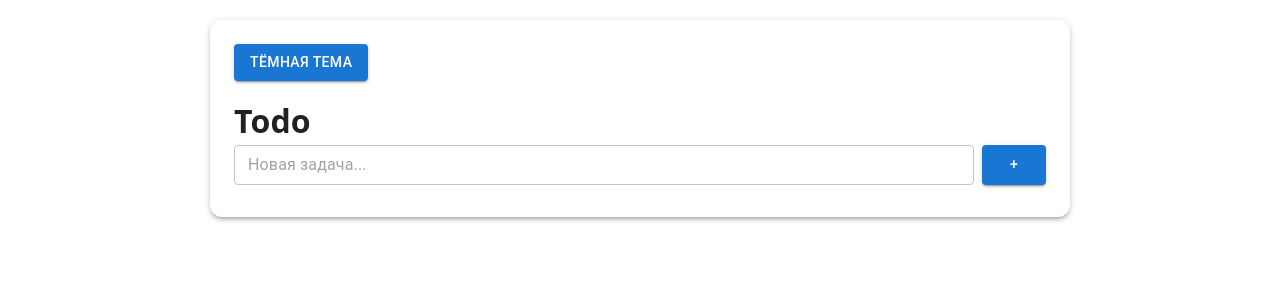
Repository: Burnmyheart/todo-app
Page: /
The author's editor kept a copy of each file at every save. The page is drawn from the files as they stood at one save, then again after the next save.
The browser window is 1280 px wide. The pictures show the whole page.
The project was rebuilt for these pictures with package versions that can differ from the ones it lists, and the page was loaded fresh each time. Also part of the build but not shown: vite.config.ts, src/components/EditTodo/EditTodo.tsx, src/components/TodoItem/TodoItem.tsx, src/components/TodoList/TodoList.tsx.

Above is the page before, as saved 2025-09-25 20:40:47.

### src/index.css
/* Сброс браузерных стилей */
* {
  margin: 0;
  padding: 0;
  box-sizing: border-box;
}

html, body, #root {
  width: 100%;
  height: 100%;
  font-family: system-ui, -apple-system, BlinkMacSystemFont, "Segoe UI", Roboto, Helvetica, Arial, sans-serif;
  background-color: #fff;
  color: #000;
}


a {
  color: inherit;
  text-decoration: none;
}


button {
  font-family: inherit;
  font-size: 1rem;
  cursor: pointer;
  border: none;
  background: none;
}


h1, h2, h3, h4, h5, h6 {
  font-weight: 600;
}

### src/App.tsx
import React, { useState, useEffect } from "react";
import AddTodo from "./components/AddTodo/AddTodo";
import TodoList from "./components/TodoList/TodoList";
import { saveGroups, loadGroups } from "./utils/localStorage";
import type { TodoGroup } from "./types";

import { ThemeProvider, CssBaseline, Button, Paper } from "@mui/material";
import { createTheme } from "@mui/material/styles";

const App: React.FC = () => {
  const [groups, setGroups] = useState<TodoGroup[]>([]);
  const [darkMode, setDarkMode] = useState(false);

  useEffect(() => {
    setGroups(loadGroups());
  }, []);

  useEffect(() => {
    saveGroups(groups);
  }, [groups]);

  // Тема только для блока
  const theme = createTheme({
    palette: {
      mode: darkMode ? "dark" : "light",
    },
  });

  const addGroup = (title: string) => {
    const newGroup: TodoGroup = {
      id: Date.now(),
      title,
      tasks: [],
      createdAt: new Date(),
    };
    setGroups((prev) => [...prev, newGroup]);
  };

  const updateGroup = (updated: TodoGroup) => {
    setGroups((prev) =>
      prev.map((group) => (group.id === updated.id ? updated : group))
    );
  };

  return (
    <div style={{ padding: "20px", maxWidth: "900px", margin: "0 auto" }}>
      <ThemeProvider theme={theme}>
        <CssBaseline />
        <Paper
          elevation={3}
          sx={{
            p: 3,
            borderRadius: 3,
            bgcolor: darkMode ? "background.default" : "#fff",
          }}
        >
          <Button
            variant="contained"
            onClick={() => setDarkMode((prev) => !prev)}
            sx={{ mb: 2 }}
          >
            {darkMode ? "Светлая тема" : "Тёмная тема"}
          </Button>

          <h1>Todo</h1>
          <AddTodo onAdd={addGroup} />
          {groups.map((group) => (
            <TodoList
              key={group.id}
              group={group}
              onUpdateGroup={updateGroup}
            />
          ))}
        </Paper>
      </ThemeProvider>
    </div>
  );
};

export default App;

### src/components/AddTodo/AddTodo.tsx
import React, { useState } from "react";
import { TextField, Button, Stack } from "@mui/material";

interface AddTodoProps {
  onAdd: (text: string) => void;
}

const AddTodo: React.FC<AddTodoProps> = ({ onAdd }) => {
  const [text, setText] = useState("");
  const [error, setError] = useState(false);

  const handleAdd = () => {
    if (!text.trim()) {
      setError(true);
      return;
    }
    onAdd(text);
    setText("");
    setError(false);
  };

  return (
    <Stack direction="row" spacing={1} sx={{ mb: 1 }}>
      <TextField
        value={text}
        onChange={(e) => { setText(e.target.value); setError(false); }}
        size="small"
        placeholder="Новая задача..."
        onKeyDown={(e) => e.key === "Enter" && handleAdd()}
        error={error}
        helperText={error ? "Поле не может быть пустым" : ""}
        fullWidth
      />
      <Button variant="contained" onClick={handleAdd}>+</Button>
    </Stack>
  );
};

export default AddTodo;

### src/utils/localStorage.tsx
import type { TodoGroup } from "../types";

const GROUPS_KEY = "todoGroups";

export const saveGroups = (groups: TodoGroup[]) => {
  localStorage.setItem(GROUPS_KEY, JSON.stringify(groups));
};

export const loadGroups = (): TodoGroup[] => {
  const data = localStorage.getItem(GROUPS_KEY);
  if (!data) return [];

  const groups: TodoGroup[] = JSON.parse(data);

  // Конвертируем строки обратно в Date
  return groups.map(group => ({
    ...group,
    createdAt: new Date(group.createdAt),
    tasks: group.tasks.map(task => ({ ...task, createdAt: new Date(task.createdAt) })),
  }));
};

Loaded but not shown: index.html (common file); src/main.tsx (common file)

After the next save:
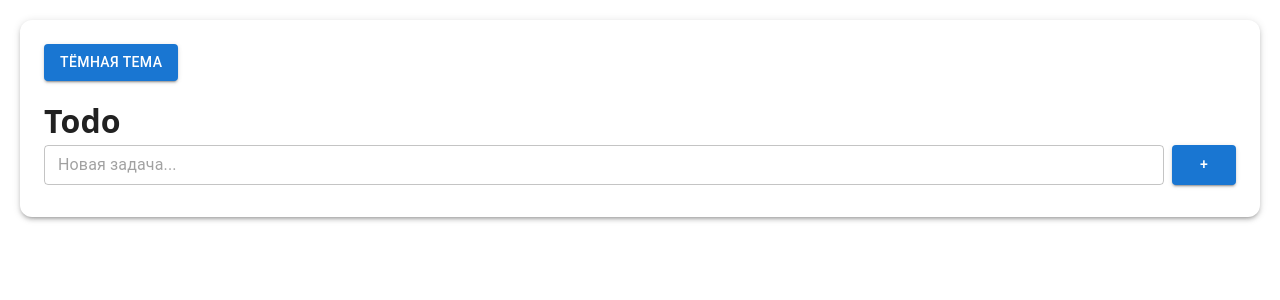
Saved 39 s later.
--- a/src/App.tsx
+++ b/src/App.tsx
@@ -43,7 +43,7 @@ const App: React.FC = () => {
   };
 
   return (
-    <div style={{ padding: "20px", maxWidth: "900px", margin: "0 auto" }}>
+    <div style={{ padding: "20px", maxWidth: "1900px", margin: "0 auto" }}>
       <ThemeProvider theme={theme}>
         <CssBaseline />
         <Paper
